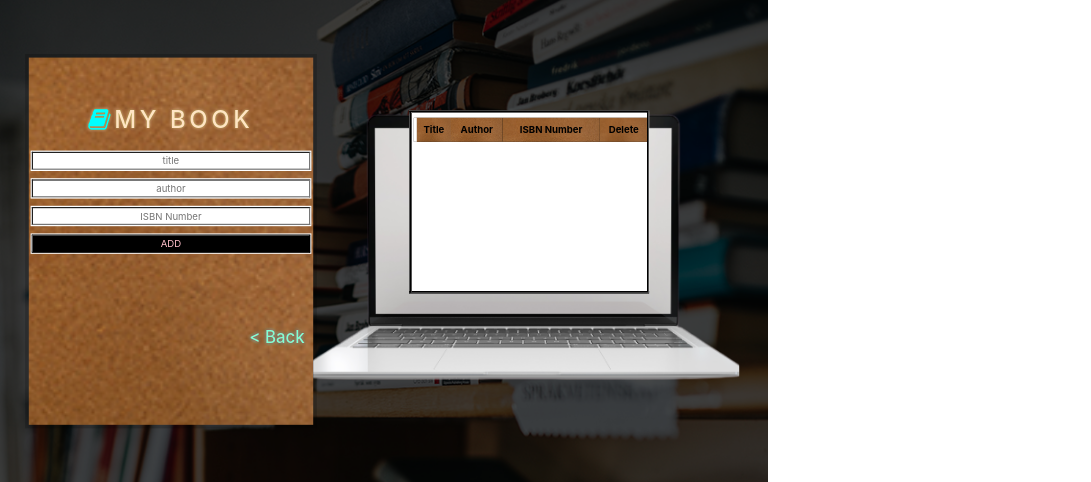
Repository: CSituma/Home-Library-App
Page: libu.html
The author's editor kept a copy of each file at every save. The page is drawn from the files as they stood at one save, then again after the next save.
The browser window is 1280 px wide. The page is 1280 px wide, then 1819 px, then 1280 px, so the pictures cover 1819 px, including what lies to the right of the window. The pictures show the whole page, at 60% of full size.
Backgrounds fixed to the window are drawn as part of the page. Some web libraries are served in a nearby version.

Above is the page before, as saved 2020-11-10 21:10:03.

### libu.html
<!DOCTYPE html>
<html lang="en">
<head>
    <meta charset="UTF-8">
    <meta name="viewport" content="width=device-width, initial-scale=1.0">
    <meta http-equiv="X-UA-Compatible" content="ie=edge">
    <link rel="stylesheet" href="style.css">
    <link rel="stylesheet" href="https://cdnjs.cloudflare.com/ajax/libs/font-awesome/4.7.0/css/font-awesome.min.css"/>
<link rel="stylesheet" href="https://stackpath.bootstrapcdn.com/bootstrap/4.5.0/css/bootstrap.min.css" integrity="sha384-9aIt2nRpC12Uk9gS9baDl411NQApFmC26EwAOH8WgZl5MYYxFfc+NcPb1dKGj7Sk" crossorigin="anonymous"/>
<link rel="stylesheet" href="https://cdnjs.cloudflare.com/ajax/libs/animate.css/4.0.0/animate.min.css"/>
  <title>BOOK TRACKER</title>
</head>
<body>
    <div class="columns">
        <div class="js">

            <h1><i class="fa fa-book"></i>MY BOOK</h1>
            <form id="form">
                <input type= "text" id= "title"  placeholder="title">
                <input type= "text" id= "author" placeholder="author" >
                <input type= "text" id= "number" placeholder="ISBN Number">
                <input type= "submit"id= "button" value="ADD">
            </form>
        <h3> <a href= "./index.html"> < Back </a></h3>
        </div>
        <div class="storage" >
              <div class="storage_items">
        <table id="table">
            <thead>
                <tr>
                <th id="title">Title</th>
                <th>Author</th>
                <th>ISBN Number</th>
                <th>Delete</th>
                </tr>
                </thead>
                <tbody class="Booklist" id="booklist">
                </tbody>
            </table>
            </div>
        </div>
</div>
    <script src="lib.js"></script>
 </body>
 </html>

### style.css
/*homepage//////////////*/
body,
html {
  max-width: 100%;
  margin: 0;
  padding: 0;
  max-height: 100%;
  background: url("./images/sandra-seitamaa-qkIWnKtGhg4-unsplash.jpg")
    center/cover no-repeat fixed;
}

.container {
  margin: 10em 20em 20em 20em;
  height: 400px;
  width: 40%;
  background-color: rgba(146, 116, 15, 0.445);
  text-align: center;
}

.lol {
  padding-top: 5em;
  font-weight: 800;
  font-style: italic;
}
span {
  color: yellow;
  font-weight: 400;
}
#lolone {
  color: ghostwhite;
}

h3 {
  padding-top: 4em;
  float: right;
  margin-right: 0.5em;
  font-weight: 900;
  font-size: 2rem;
  text-shadow: 0 0 3px #FF0000, 0 0 5px aqua;
}

h3 a {
  text-decoration: none;
 color: aquamarine;

}

h3 a:hover {
  text-decoration: none;
  color: burlywood;
}

#you {
  padding: 1rem;
  color: gold;
}

/*library////////////////*/
.columns {
  display: flex;
  justify-content: space-between;
  max-width: 100%;
  max-height: 100%;
  background: rgba(0, 0, 0, 0.692) fixed;

}
h1{
  letter-spacing: 6px;
  text-shadow: 0 0 3px olive, 0 0 5px pink;
  padding-top:2em;
  margin: 0;
  color: bisque;

}
table {
  background: black;
  width: 100%;
  margin:0.5em;
  margin-left:0.2em;
  text-align: center;
  color:white;

}


td{
  margin: 2em;
}
tr{
  border-left: white 5px solid;
  height: 40px;
}
th {
  color: black;
  background:url('./images/josephine-bredehoft-KsAo8ouBn8A-unsplash.jpg') center/cover no-repeat;
  outline: none;
}
tbody tr:nth-child(odd){
  background:white;
 color: olive;
}
tbody tr:nth-child(odd):hover {
  box-shadow: 0 0 0 2px white;

}
tbody tr:nth-child(even){
background:black;

}
tbody tr:nth-child(even):hover{
  box-shadow: 0 0 0 2px gray;
}

 .fa {
   color:aqua;
 }
 .fa:hover{
   font-size:1.3em;
 }
form {
  padding: 0.3em;
  margin-top: 1em;
}

form input {
  width: 100%;
  margin: 0.5em 0;
  -webkit-box-shadow: 0 0 0 2px white;
  box-shadow: 0 0 0 2px white;
}

:placeholder-shown {
  text-align: center;
}

#button {
  color: pink;
  background-color: black;
}

/*/////////////////////////////////*/
.storage_items {

  background-color: white;
  width:100%;
  max-height: 70%;
  margin-left: 8em;
  margin-top: 5em;
  margin-bottom: 2em;
  border: rgb(0, 0, 0) 5px solid;
  border-style: groove;
  padding-bottom: 15em;
  overflow: scroll;
  scroll-behavior: smooth;
  scrollbar-width: 2px;
}
.storage {
  background:url("./images/1463-removebg-preview.png") center/cover no-repeat;
  width: 60%;
  height: 85vh;
  margin: 6em 3em 6em 0;
  border-radius: 3px;

}
.js {
  -webkit-box-shadow: 0 0 0 6px rgba(0, 0, 0, 0.191);
  box-shadow: 0 0 0 6px rgba(0, 0, 0, 0.191);
  text-align: center;
  width: 40%;
  margin: 6em 0em 6em 3em;
  background: url("./images/josephine-bredehoft-KsAo8ouBn8A-unsplash.jpg")
    center/cover no-repeat;
}

@media screen and (max-width:1000px) {
  .storage{
    margin-right: 0;

    background: url("./images/719-removebg-preview.png") center/cover no-repeat;
  }
  .storage_items{
    margin:0;
    font-size: 13px;
   border: 10px solid black;
   border-radius: 45px;
   border-bottom-right-radius:5px;
   border-bottom-left-radius:5px;
   border-top-right-radius:15px;

   padding:0;
   padding-bottom: 15em;

}

.js{
  margin: 0;}


}

@media screen and (min-width:1000px) {

 .storage_items{
  max-height: 60%;
    background-color: white;
    width: 400px;
    height: 50%;
    margin-left: 10em;
    margin-top: 5.5em;

  }


 }

 @media screen and (max-width:500px)
 {
  .storage{
    margin-right: 0;

    background: url("./images/719-removebg-preview.png") center/cover no-repeat;
  }
  .storage_items{
    margin:0;
    font-size: 13px;
   border: 10px solid powderblue;
   border-radius: 45px;
   border-bottom-right-radius:5px;
   border-bottom-left-radius:5px;
   border-top-right-radius:15px;

   padding:0;
   padding-bottom: 15em;

}

.js{
  margin:40em;}




 }

### lib.js
// Book Class: Represents a Book
class Book {
  constructor(title, author, isbn) {
    this.title = title;
    this.author = author;
    this.isbn = isbn;
  }
}

// UI Class: Handle UI Tasks
class UI {
//display Books.//
static displayBooks () {
 const books = Store.getBooks();
 books.forEach(((book) =>
  UI.addBookToList(book)));
}


//addbooks
static addBookToList(book) {

const bookList = document.querySelector('#booklist');
const row = document.createElement('tr');

row.innerHTML= `<td>${book.title} </td>
               <td>${book.author}</td>
               <td>${book.isbn}</td>
              <td><i class="fa fa-trash-o"></i></td>`;

bookList.appendChild(row);

}


//deletebooks
static deleteBook(el){
 if(el.classList.contains('fa')){
   el.parentElement.parentElement.remove();
  }}

////show alert msg
static showAlert(message, className){
const div = document. createElement('div');
div.className = `alert alert-${className}`;
div.appendChild(document.createTextNode(message));
const button = document.getElementById('button');
const form = document.getElementById('form');


form.insertBefore(div, button);


//message vanishing//

setTimeout(() => {
  document.querySelector('.alert').remove();
}, 3000);

}

//clear fields//

static clearFields() {
  document.querySelector('#title').value = '';
  document.querySelector('#author').value = '';
  document.querySelector('#number').value = '';
}

}

///Events:
/* 1. Display Books */

document.addEventListener('DOMContentLoaded', UI.displayBooks);

/* 2. Add Books*/
document.querySelector("#form").addEventListener('submit',(e) =>
{
e.preventDefault();
///get form values//
const title = document.querySelector('#title').value;
const author = document.querySelector('#author').value;
const isbn = document.querySelector('#number').value;

  // Validate
 if(title ===''|| author===''|| isbn===''){
   UI.showAlert('Please fill in the Form', 'danger')
 }
else{
  //instantiate Book
  const book = new Book(title,author,isbn);

//////Adding
UI.addBookToList(book);

Store.addBook(book);

///Show Sucess Message
UI.showAlert('Added', 'success');
//Clearfields
UI.clearFields();


 }
}
);


/////3. Remove BOOK////
document.querySelector('#booklist').addEventListener('click', (e)=>{
e.preventDefault();
//deleting from UI

UI.deleteBook(e.target);
///deleting from Store
Store.removeBook(e.target.parentElement.previousElementSibling.textContent);
//Message
UI.showAlert('Book Deleted', 'danger');

}
);

///localStorage
class Store{
  static getBooks(){
    let books;
   if (localStorage.getItem('books') === null){
     books = [];
   }
   else {
     books = JSON.parse(localStorage.getItem('books'));
   }
   return books;
  }

  static addBook(book){
    const books= Store.getBooks();
    books.push(book);
   localStorage.setItem('books',JSON.stringify(books));
  }
  static removeBook(isbn) {
    const books = Store.getBooks();

    books.forEach((book, index) => {
      if(book.isbn === isbn) {
        books.splice(index, 1);
      }
    });
    localStorage.setItem('books', JSON.stringify(books));
  }
}

After the next save:
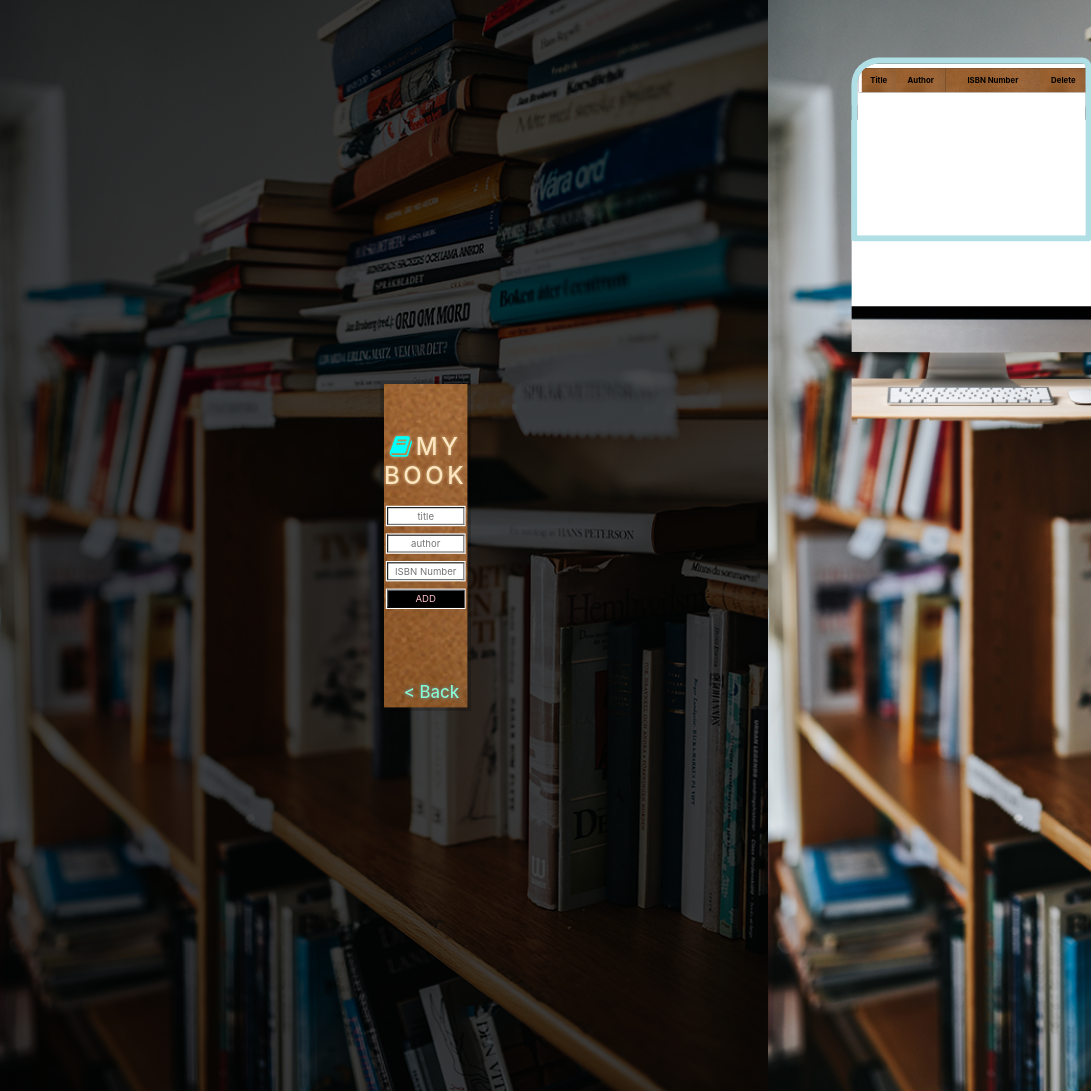
Saved 15 s later.
--- a/style.css
+++ b/style.css
@@ -213,7 +213,7 @@
 
  }
 
- @media screen and (max-width:500px)
+ @media screen and (min-width:500px)
  {
   .storage{
     margin-right: 0;
@@ -237,7 +237,4 @@
 .js{
   margin:40em;}
 
-
-
-
- }
+ }

After the 2 saves that followed:
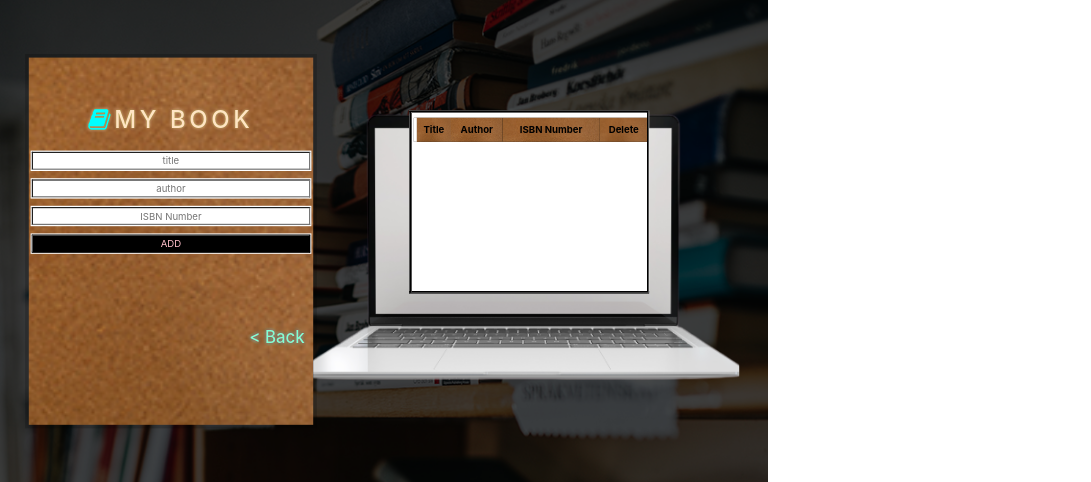
The 2 saves are shown as one change because 1 left the picture as it was.
The last was saved 55 s later.
--- a/style.css
+++ b/style.css
@@ -213,7 +213,7 @@
 
  }
 
- @media screen and (min-width:500px)
+ @media screen and (max-width:500px)
  {
   .storage{
     margin-right: 0;
